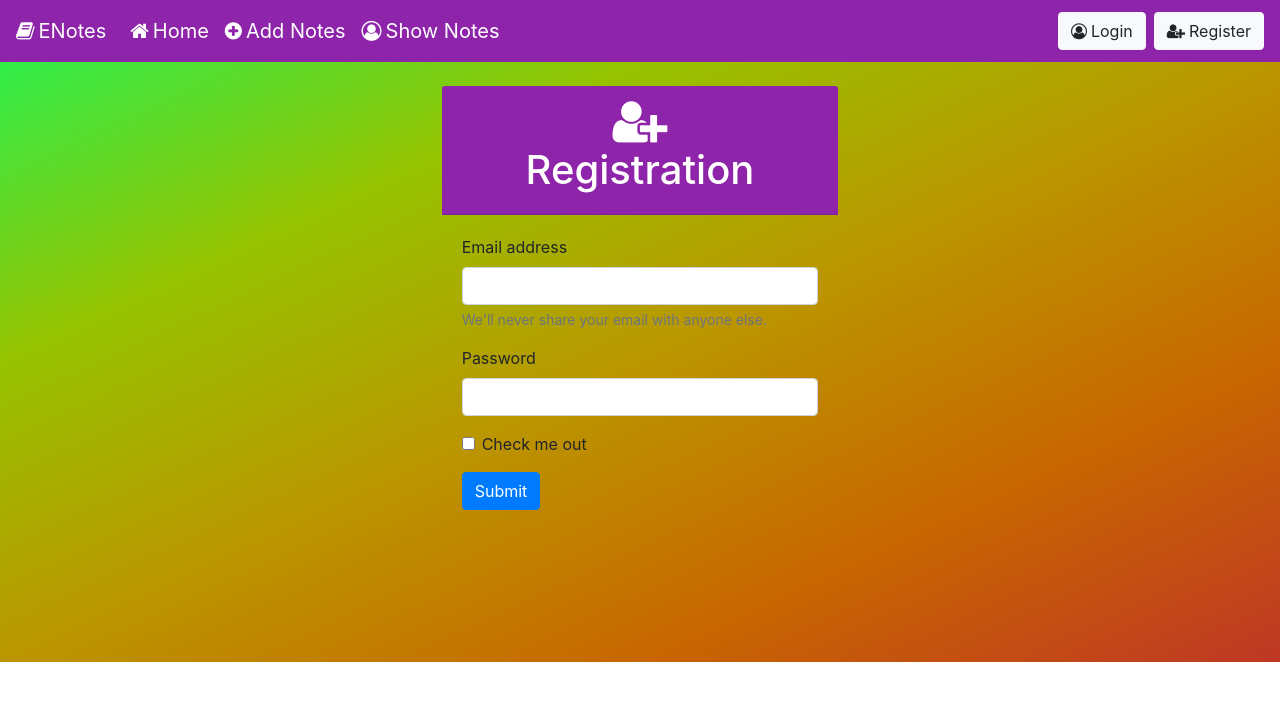
Repository: Bansal140899/eclipse-workspace
Page: http://localhost/ENotesProject/register.jsp
An editor plug-in stored every save of this project. The page is shown before and after the next save, followed by the edit.
The browser window is 1280 px wide. The pictures show the whole page.
The page is served by Tomcat 9. Other server files are loaded and not shown.

Above is the page before, as saved 2025-12-21 22:13:25.

### ENotesProject/src/main/webapp/register.jsp
<%@ page language="java" contentType="text/html; charset=UTF-8"
	pageEncoding="UTF-8"%>
<!DOCTYPE html PUBLIC "-//W3C//DTD HTML 4.01 Transitional//EN" "http://www.w3.org/TR/html4/loose.dtd">
<html>
<head>
<meta http-equiv="Content-Type" content="text/html; charset=UTF-8">
<title>Register Page</title>
</head>
<body>
	<%@include file="All_Component/allcss.jsp"%>
	<%@include file="All_Component/navbar.jsp"%>
	<div class="container-fluid div">
		<div class="row">
			<div class="col-md-4 offset-md-4">
				<div class="text-center text-white mt-4">

					<div class="card-header text-center text-white bg-custom">
						<i class="fa fa-user-plus fa-3x" aria-hidden="true"></i>
						<h1>Registration</h1>

					</div>

				</div>
				<div class="card-body">
					<form>
						<div class="form-group">
							<label for="exampleInputEmail1">Email address</label> <input
								type="email" class="form-control" id="exampleInputEmail1"
								aria-describedby="emailHelp"> <small id="emailHelp"
								class="form-text text-muted">We'll never share your
								email with anyone else.</small>
						</div>
						<div class="form-group">
							<label for="exampleInputPassword1">Password</label> <input
								type="password" class="form-control" id="exampleInputPassword1">
						</div>
						<div class="form-group form-check">
							<input type="checkbox" class="form-check-input"
								id="exampleCheck1"> <label class="form-check-label"
								for="exampleCheck1">Check me out</label>
						</div>
						<button type="submit" class="btn btn-primary">Submit</button>
					</form>


				</div>
			</div>

		</div>

	</div>



</body>
</html>

### ENotesProject/src/main/webapp/All_Component/allcss.jsp
<link rel="stylesheet"
	href="https://cdn.jsdelivr.net/npm/bootstrap@4.6.2/dist/css/bootstrap.min.css"
	integrity="sha384-xOolHFLEh07PJGoPkLv1IbcEPTNtaed2xpHsD9ESMhqIYd0nLMwNLD69Npy4HI+N"
	crossorigin="anonymous">

<link rel="stylesheet"
	href="https://cdnjs.cloudflare.com/ajax/libs/font-awesome/4.7.0/css/font-awesome.min.css">
<link rel="stylesheet" href="css/style.css">

<script
	src="https://cdn.jsdelivr.net/npm/jquery@3.5.1/dist/jquery.slim.min.js"
	integrity="sha384-DfXdz2htPH0lsSSs5nCTpuj/zy4C+OGpamoFVy38MVBnE+IbbVYUew+OrCXaRkfj"
	crossorigin="anonymous"></script>
<script
	src="https://cdn.jsdelivr.net/npm/popper.js@1.16.1/dist/umd/popper.min.js"
	integrity="sha384-9/reFTGAW83EW2RDu2S0VKaIzap3H66lZH81PoYlFhbGU+6BZp6G7niu735Sk7lN"
	crossorigin="anonymous"></script>
<script
	src="https://cdn.jsdelivr.net/npm/bootstrap@4.6.2/dist/js/bootstrap.min.js"
	integrity="sha384-+sLIOodYLS7CIrQpBjl+C7nPvqq+FbNUBDunl/OZv93DB7Ln/533i8e/mZXLi/P+"
	crossorigin="anonymous"></script>

### ENotesProject/src/main/webapp/All_Component/navbar.jsp
<nav class="navbar navbar-expand-lg navbar-dark bg-custom navbar-custom">
  <a class="navbar-brand" href="#"><i class="fa fa-book mr-1" aria-hidden="true"></i>ENotes</a>
  <button class="navbar-toggler" type="button" data-toggle="collapse" data-target="#navbarSupportedContent" aria-controls="navbarSupportedContent" aria-expanded="false" aria-label="Toggle navigation">
    <span class="navbar-toggler-icon"></span>
  </button>

  <div class="collapse navbar-collapse" id="navbarSupportedContent">
    <ul class="navbar-nav mr-auto">
      <li class="nav-item active">
        <a class="nav-link" href="#"><i class="fa fa-home mr-1" aria-hidden="true"></i>Home <span class="sr-only">(current)</span></a>
      </li>
      <li class="nav-item">
        <a class="nav-link" href="#"><i class="fa fa-plus-circle mr-1" aria-hidden="true"></i>Add Notes</a>
      </li>

      <li class="nav-item">
        <a class="nav-link"><i class="fa fa-user-circle-o mr-1" aria-hidden="true"></i>Show Notes</a>
      </li>
    </ul>

      <button class="btn btn-light my-2 my-sm-0 mr-2" type="submit"><i class="fa fa-user-circle-o mr-1" aria-hidden="true"></i>Login</a>
      <button class="btn btn-light my-2 my-sm-0" type="submit"><i class="fa fa-user-plus mr-1" aria-hidden="true"></i>Register</a>

  </div>
</nav>

### ENotesProject/src/main/webapp/css/style.css
.bg-custom{
	background:#8e24aa;
}
.navbar .nav-item .nav-link{
	font-size:20px;
	color:white;
}

.navbar-custom .nav-item:hover .nav-link{
	background:white;
	color:black;
    border-radius:10px;
}

.div{
	background-image: linear-gradient(to right top, #051937, #004d7a, #008793, #00bf72, #a8eb12);background-image: linear-gradient(to right bottom, #30ed49, #96c300, #bb9600, #c86600, #bf3725);
	height:600px;
}

After the next save:
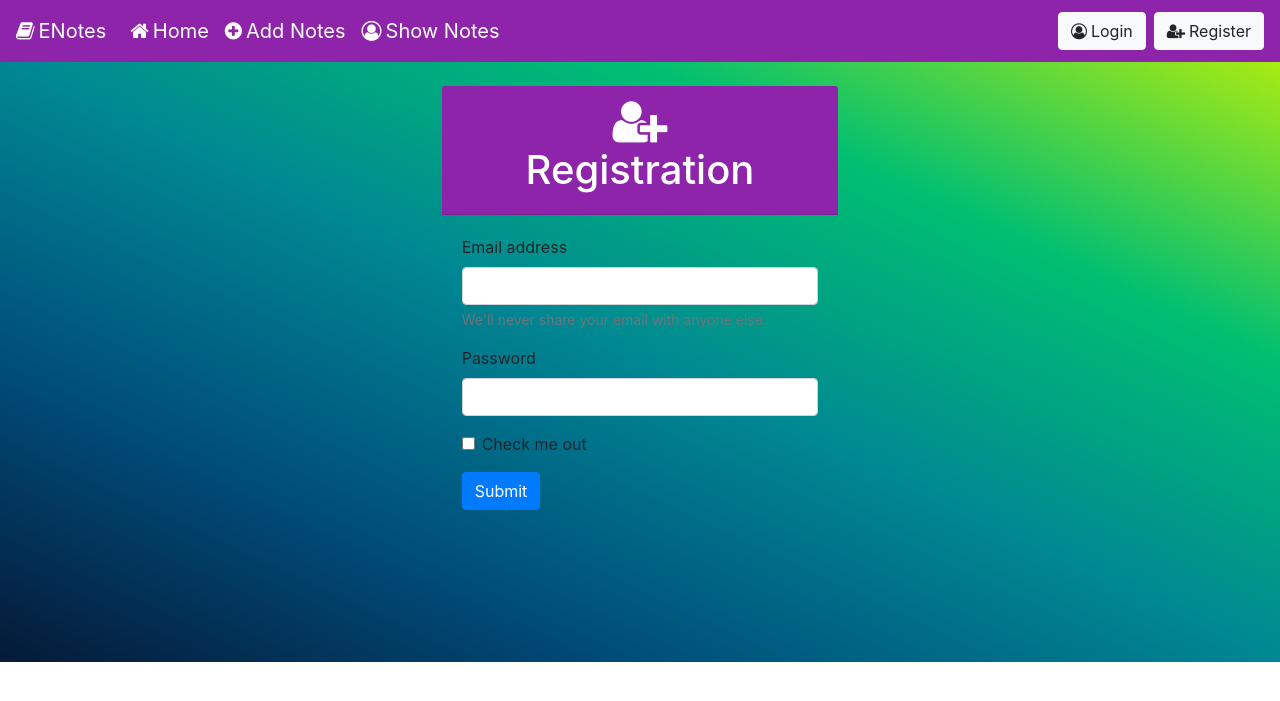
Saved 2 min 52 s later.
--- a/ENotesProject/src/main/webapp/css/style.css
+++ b/ENotesProject/src/main/webapp/css/style.css
@@ -13,6 +13,6 @@
 }
 
 .div{
-	background-image: linear-gradient(to right top, #051937, #004d7a, #008793, #00bf72, #a8eb12);background-image: linear-gradient(to right bottom, #30ed49, #96c300, #bb9600, #c86600, #bf3725);
+	background: linear-gradient(to right top, #051937, #004d7a, #008793, #00bf72, #a8eb12);
 	height:600px;
 }
